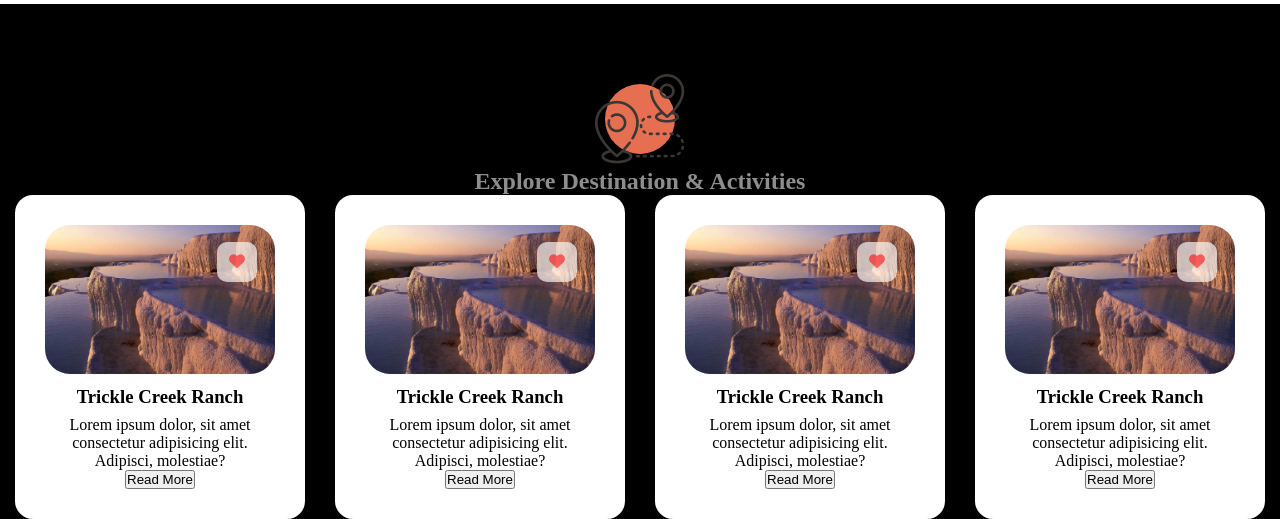
Repository: giahuy405/BC38_Camping_Pham_Gia_Huy
Page: index.html
These files come from the project's save history. The page is drawn as it stood at one moment and after the next save; the edit follows.
The browser window is 1280 px wide. The pictures show the part of the page from y = 692 to 1230 px (the page is 1211 px tall before and 1230 px after).

Above is the page before, as saved 2022-09-13 19:12:15.

### index.html
<!DOCTYPE html>
<html lang="en">
<head>
    <meta charset="UTF-8">
    <meta http-equiv="X-UA-Compatible" content="IE=edge">
    <meta name="viewport" content="width=device-width, initial-scale=1.0">
    <title>Document</title>
    <link rel="stylesheet" href="https://cdnjs.cloudflare.com/ajax/libs/font-awesome/6.2.0/css/all.min.css" integrity="sha512-xh6O/CkQoPOWDdYTDqeRdPCVd1SpvCA9XXcUnZS2FmJNp1coAFzvtCN9BmamE+4aHK8yyUHUSCcJHgXloTyT2A==" crossorigin="anonymous" referrerpolicy="no-referrer" />
    <link rel="stylesheet" href="./css/index.css">
</head>
<body>
    <header>
       <div class="header__items">
            <img src="./img/logoicon.png" alt="">
            <nav>
                <ul>
                    <li><a href="#">Home</a></li>
                    <li><a href="#">Services</a></li>
                    <li><a href="#">Destination</a></li>
                    <li><a href="#">Events</a></li>
                    <li><a href="#">Gallery</a></li>
                    <li><a href="#">Contact us</a></li>
                </ul>
            </nav>
       </div>
    </header>
    <section class="carousel">
        <img src="./img/BG.png" alt="">
    </section>
    <section class="service">
        <img src="./img/Group 313.png" alt="">
        <h1>Explore Destination & Activities</h1>
        <div class="service__cards">
            <div class="service__card">
                <div class="service__item">
                    <img src="./img/product1.png" alt="">
                    <h3>Trickle Creek Ranch</h3>
                    <p>Lorem ipsum dolor, sit amet consectetur adipisicing elit. Adipisci, molestiae?</p>
                    <button>Read More</button>
                </div>
                <div class="service__heart">
                    <i class="fa fa-heart"></i>
                </div>
            </div>
            <div class="service__card">
                <div class="service__item">
                    <img src="./img/product1.png" alt="">
                    <h3>Trickle Creek Ranch</h3>
                    <p>Lorem ipsum dolor, sit amet consectetur adipisicing elit. Adipisci, molestiae?</p>
                    <button>Read More</button>
                </div>
                <div class="service__heart">
                    <i class="fa fa-heart"></i>
                </div>
            </div>
            <div class="service__card">
                <div class="service__item">
                    <img src="./img/product1.png" alt="">
                    <h3>Trickle Creek Ranch</h3>
                    <p>Lorem ipsum dolor, sit amet consectetur adipisicing elit. Adipisci, molestiae?</p>
                    <button>Read More</button>
                </div>
                <div class="service__heart">
                    <i class="fa fa-heart"></i>
                </div>
            </div>
            <div class="service__card">
                <div class="service__item">
                    <img src="./img/product1.png" alt="">
                    <h3>Trickle Creek Ranch</h3>
                    <p>Lorem ipsum dolor, sit amet consectetur adipisicing elit. Adipisci, molestiae?</p>
                    <button>Read More</button>
                </div>
                <div class="service__heart">
                    <i class="fa fa-heart"></i>
                </div>
            </div>
            <div class="clear"></div>
        </div>
    </section>
</body>
</html>

### css/index.css
*{
    padding: 0;
    margin: 0;
    box-sizing: border-box;
}
.header__items{
    width: 90%;
    margin: 0 auto;
}
header{
    background-color: #f8e1db;
}
nav{
    margin-top: 10px;
    padding-bottom: 10px;
}
nav ul{
    list-style: none;
}
nav li{
    display: inline;
    margin-right:30px;
}
nav a{
    text-decoration: none;
    color: #43403c;
}
nav a:hover{
    color: rgb(160, 5, 5);
}
.clear{
    clear: both;
}
.carousel img{
    height: 600px;
    width: 100%;
}
.service{
    text-align: center;
    padding-top: 70px;
    /* background-color: #faf4f2; */
    background-color: black;
}
.service > h1{
    color: #8d8d8d;
}
.service__cards{
    width: 100%;

}
.service__card{
    float: left;
    width: 25%;
    padding: 0 15px;
    position: relative;
}
.service__item{
    background-color: white;
    border-radius: 18px;
    padding: 30px 30px;

}
.service__item img{
    border-radius: 25px;
    width: 100%;
}
.service__heart{
    position: absolute;
    top: 47px;
    right: 63px;
    width: 40px;
    height: 40px;
    line-height: 40px;
    color: rgba(255, 0, 0, 0.555);
    background-color: rgba(255, 255, 255, 0.651);
    border-radius: 10px;
}
.service__item h3{
    line-height: 2;
}

After the next save:
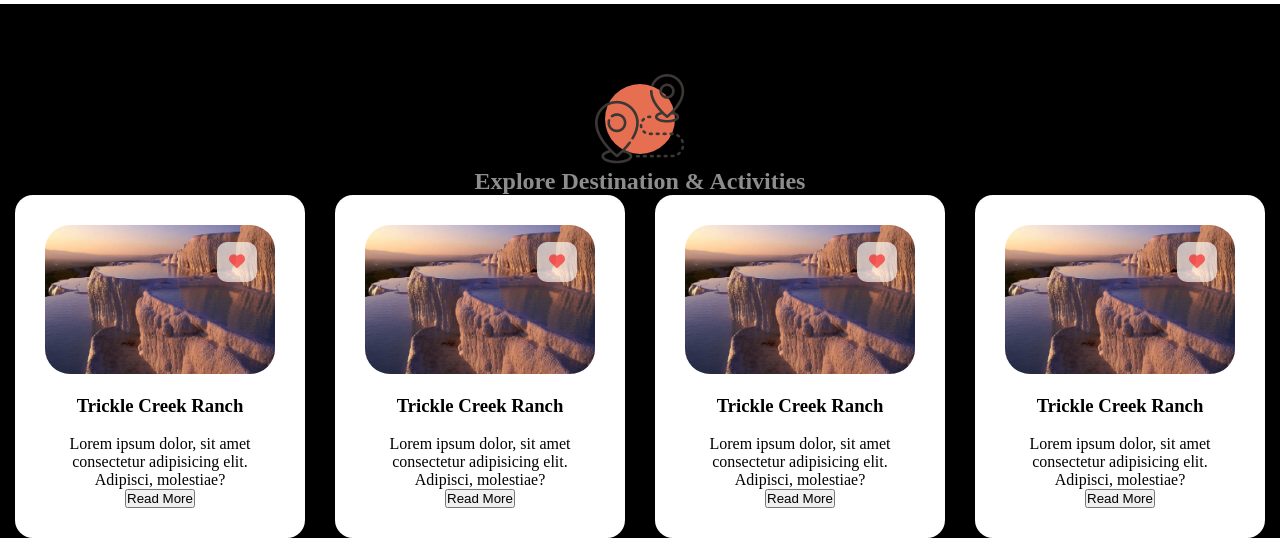
Saved 4 s later.
--- a/css/index.css
+++ b/css/index.css
@@ -76,5 +76,5 @@
     border-radius: 10px;
 }
 .service__item h3{
-    line-height: 2;
+    line-height: 3;
 }
